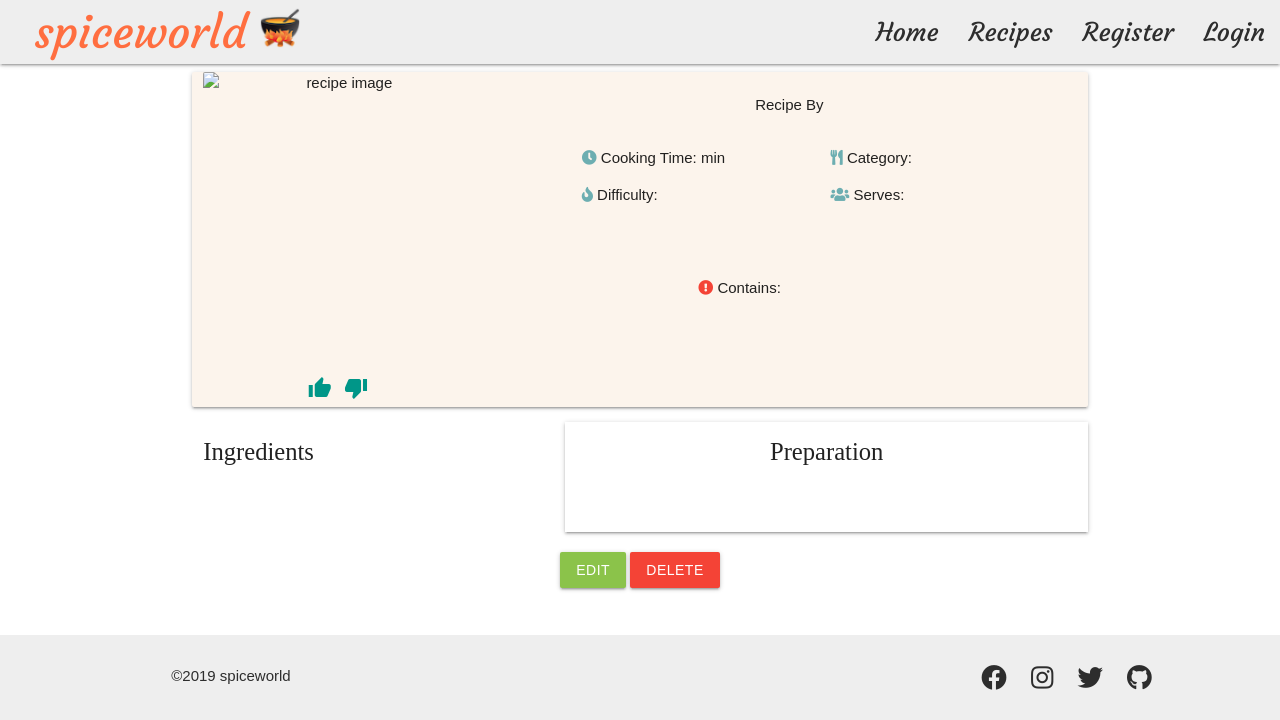
Repository: stephyraju/spiceworld
Page: templates/view.html
The author's editor kept a record of every edit. The page is drawn from the files as they stood at one moment, then again after the next edit.
The browser window is 1280 px wide. The pictures show the whole page.
Some icons come from a web library that is not loaded, so they are not drawn. Some web libraries are served in a nearby version. The page is served by the project's application, run on Flask 3 (app.py). The template is opened directly, without the code that normally fills it, so the values that code supplies are empty.

Above is the page before.

After the next edit:
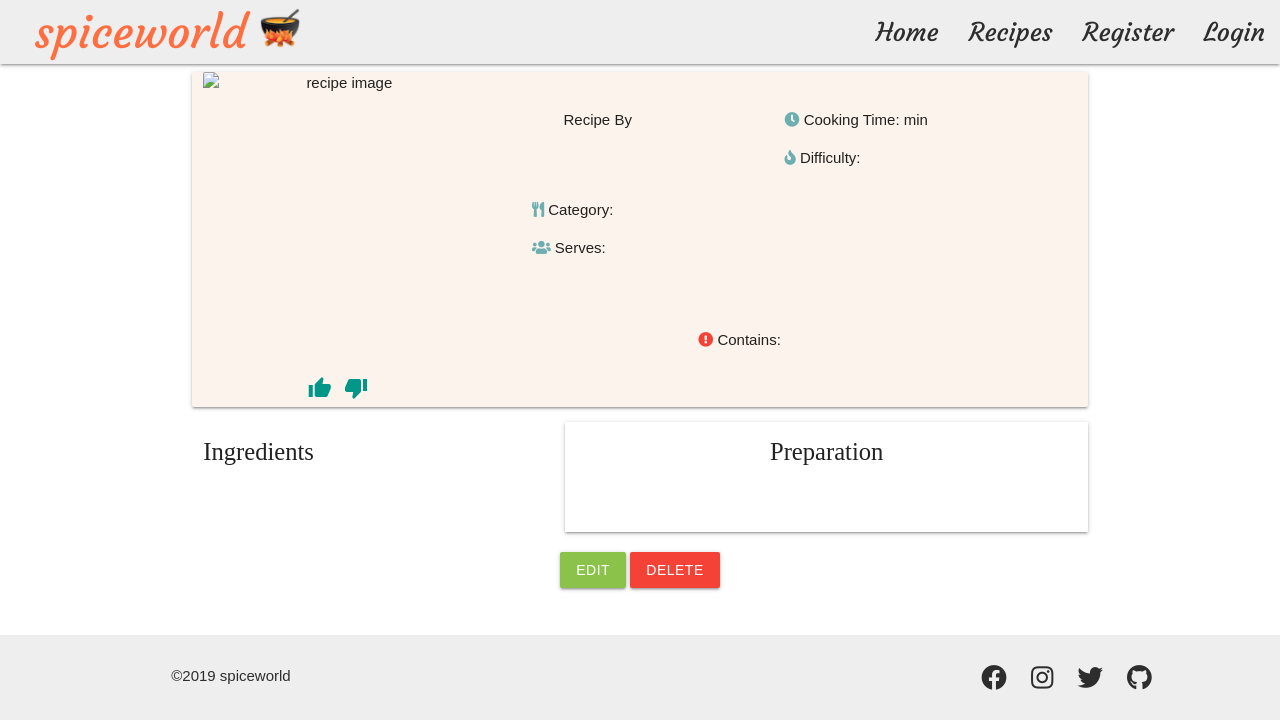
The edit:
--- a/templates/view.html
+++ b/templates/view.html
@@ -19,7 +19,7 @@
                 <div class="recipe-header">
                     <h4>{{recipe.recipe_name}}</h4>
                 </div>
-                <div class="author">
+                <div class="col s4 l4 author">
                     <p>Recipe By <span class="icon-color" style="text-transform:capitalize;">{{recipe.author}}</span></p>
                 </div>
                 <!--
